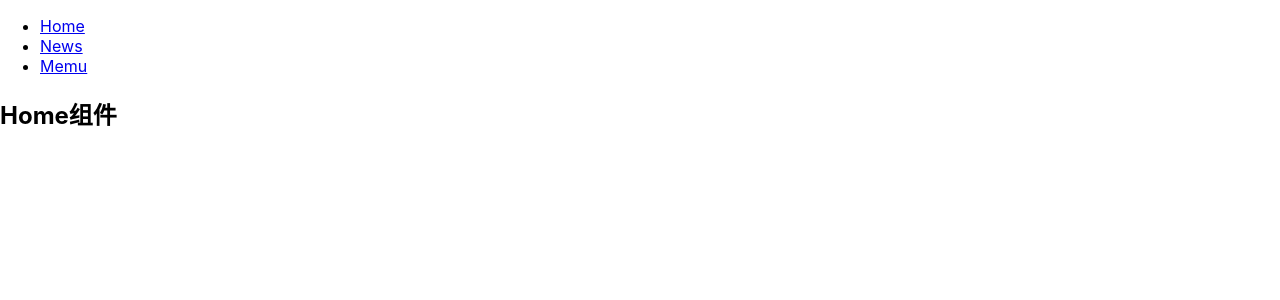
Repository: zhenzhen-gong/react-learning
Page: /
The author's editor kept a copy of each file at every save. The page is drawn from the files as they stood at one save, then again after the next save.
The browser window is 1280 px wide. The pictures show the whole page.
The project was rebuilt for these pictures with package versions that can differ from the ones it lists, and the page was loaded fresh each time. Also part of the build but not shown: src/component/routerTest/news.js, src/component/routerTest/memu.js, src/component/routerTest/newsContent.js, src/component/routerTest/menuContent.js.

Above is the page before, as saved 2021-04-18 16:46:47.

After the next save:
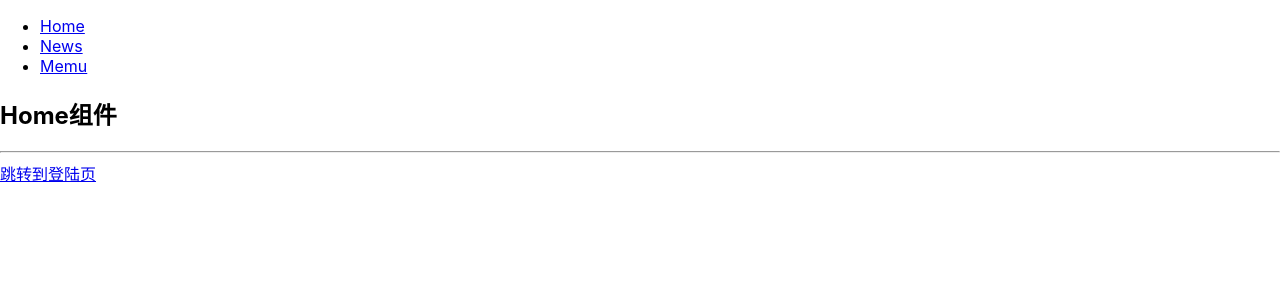
Saved 5 h 46 min later.
--- a/src/component/routerTest/home.js
+++ b/src/component/routerTest/home.js
@@ -1,4 +1,5 @@
 import React, {Component} from 'react'
+import {Link} from 'react-router-dom'
 
 
 class Home extends Component {
@@ -10,10 +11,13 @@ class Home extends Component {
     }
 
 
+
     render() {
         return (
             <div>
                 <h2>{this.state.msg}</h2>
+                <hr />
+                <Link to='/login'>跳转到登陆页</Link>
             </div>
         )
     }
